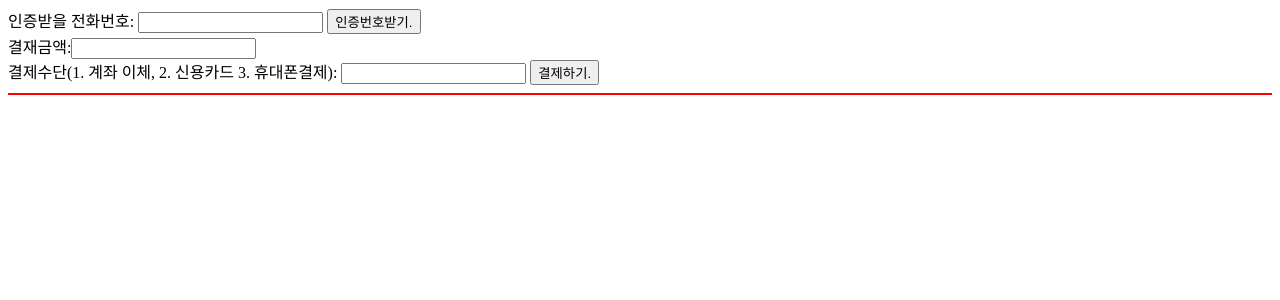
Repository: Yusubin/springEx
Page: http://localhost/spring04/ajax1.jsp
These files come from the project's save history. The page is drawn as it stood at one moment and after a run of saves; the edit follows.
The browser window is 1280 px wide. The pictures show the whole page.
The page is served by Tomcat 9.

Above is the page before, as saved 2022-02-17 08:46:01.
Console error: SyntaxError: Unexpected identifier 'payment'

After the next 2 saves:
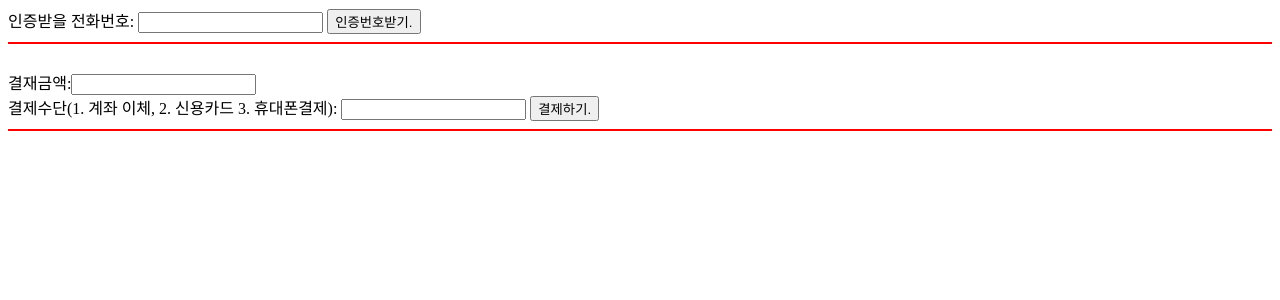
The 2 saves are shown as one change because they came seconds apart.
The last was saved 34 s later.
--- a/spring04/src/main/webapp/ajax1.jsp
+++ b/spring04/src/main/webapp/ajax1.jsp
@@ -55,7 +55,7 @@ $(function(){
 인증받을 전화번호:
 <input type="text" id="tel">
 <button id="b1">인증번호받기.</button><br>
-
+<hr color="red"><br>
 결재금액:<input type="text" id="money"><br>
 결제수단(1. 계좌 이체, 2. 신용카드 3. 휴대폰결제): <input type="text" id="choice">
 <button id="b2">결제하기.</button><br>
